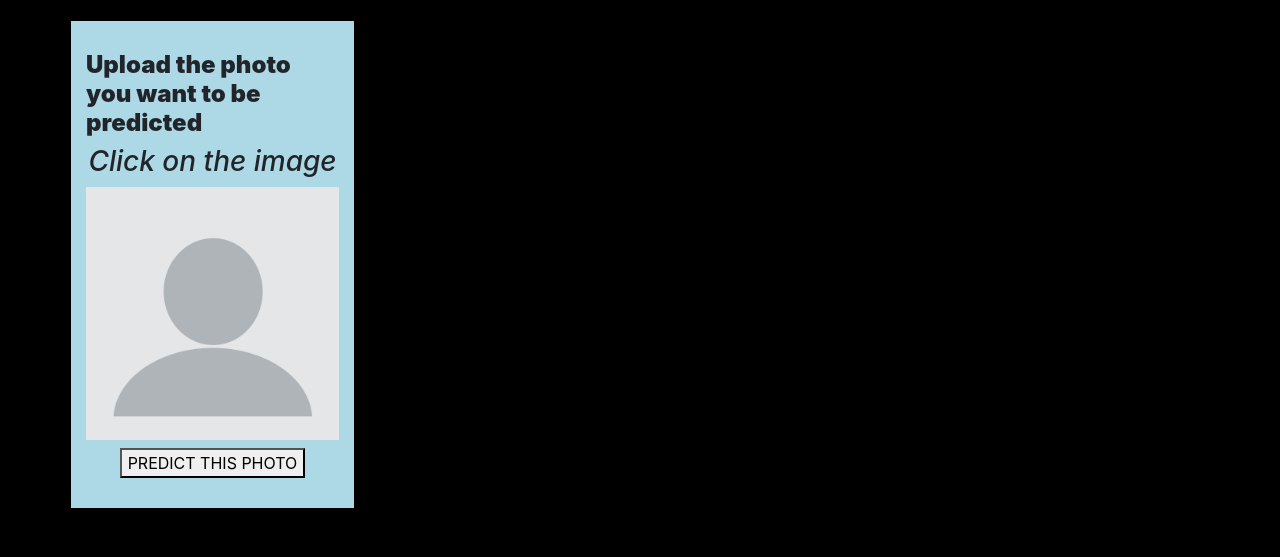
Repository: Jermaniac/TrabajoFinGradoGerman
Page: / (app in webprojectREACT/webexpresssionproject/)
The author's editor kept a copy of each file at every save. The page is drawn from the files as they stood at one save, then again after the next save.
The browser window is 1280 px wide. The pictures show the whole page.
The project was rebuilt for these pictures with package versions that can differ from the ones it lists, and the page was loaded fresh each time.

Above is the page before, as saved 2021-05-05 12:40:09.

After the next save:
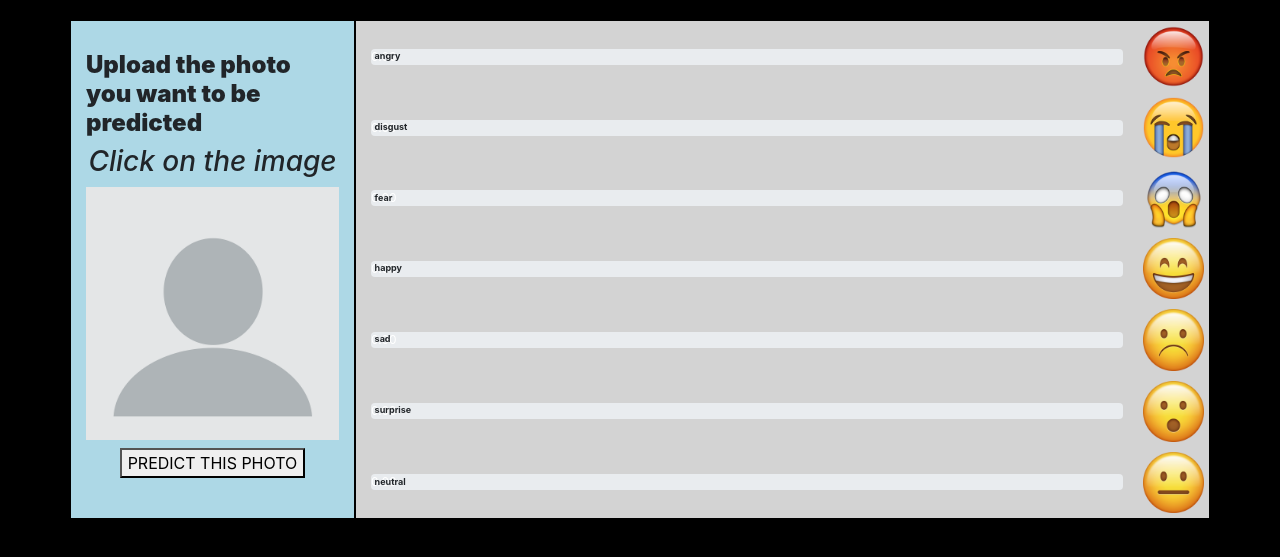
Saved 62 s later.
--- a/webprojectREACT/webexpresssionproject/src/components/InfoComponent.jsx
+++ b/webprojectREACT/webexpresssionproject/src/components/InfoComponent.jsx
@@ -3,9 +3,9 @@ import '../styles/InfoComponent.css'
 
 function InfoComponent({ expressions }) {
 
-  if (expressions.expressions) {
+  if (expressions) {
     console.log("INFOCOMPONENT IF")
-    let expressionsFormatted = formatProbabilities(expressions.expressions);
+    let expressionsFormatted = formatProbabilities(expressions);
 
     return (
     <div className="col-12 col-md-8 col-lg-9" id="info">

After the 3 saves that followed:
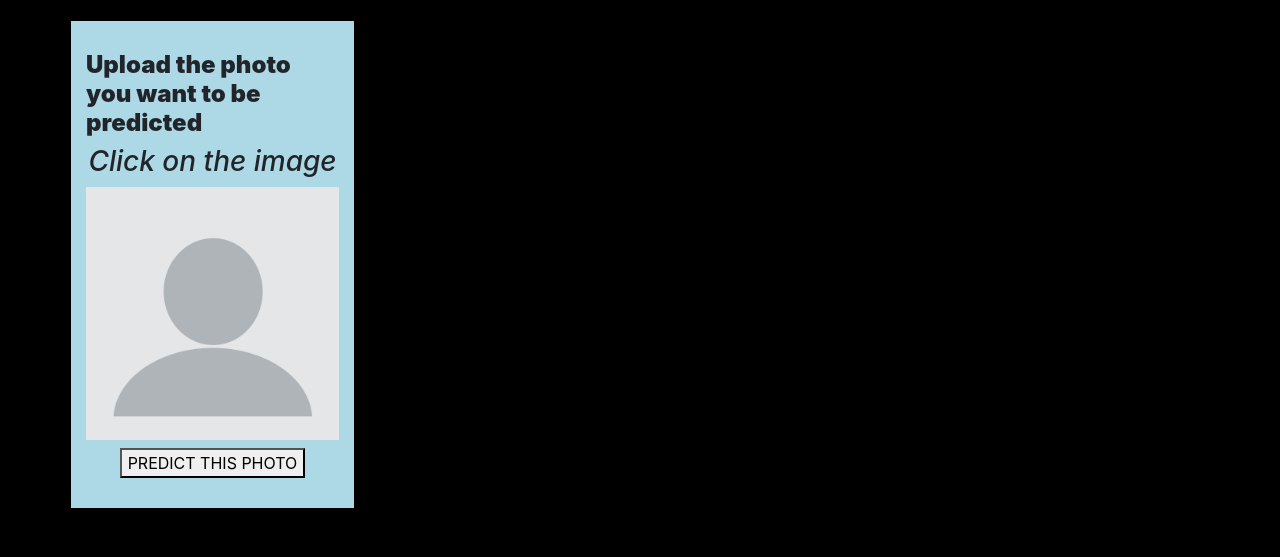
The 3 saves are shown as one change because 2 left the picture as it was.
The last was saved 9 min 19 s later.
--- a/webprojectREACT/webexpresssionproject/src/components/InfoComponent.jsx
+++ b/webprojectREACT/webexpresssionproject/src/components/InfoComponent.jsx
@@ -49,7 +49,6 @@ function InfoComponent({ expressions }) {
 }
 
 function formatProbabilities(expressions){
-  console.log(expressions)
     return expressions.map( (expression) => {
         return  {
             mood: expression.mood,
--- a/webprojectREACT/webexpresssionproject/src/redux/expressions.js
+++ b/webprojectREACT/webexpresssionproject/src/redux/expressions.js
@@ -1,10 +1,10 @@
 import { EXPRESSIONS } from '../shared/expressions';
 import * as ActionTypes from './actionTypes'
 
-export const expressions = ( state = EXPRESSIONS, action ) => {
+export const expressions = ( state = null, action ) => {
     switch (action.type) {
         case ActionTypes.CHANGE_EXPRESSIONS:
-            let expressions = action.payload;
+            let expressions = action.payload.expressions;
             return expressions;
         default:
             return state;
